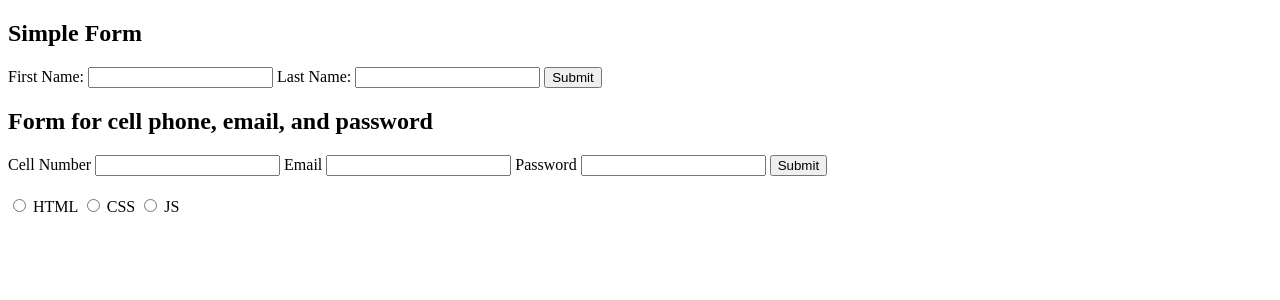
Repository: TheTroyPhillips/Block14
Page: Coursework/Block10/index.html
These files come from the project's save history. The page is drawn as it stood at one moment and after the next save; the edit follows.
The browser window is 1280 px wide. The pictures show the whole page.

Above is the page before, as saved 2023-09-07 19:34:30.

### Coursework/Block10/index.html
<!DOCTYPE html>
<html lang="en">
<head>
    <meta charset="UTF-8">
    <meta name="viewport" content="width=device-width, initial-scale=1.0">
    <title>Document</title>
</head>
<body>
    <article>
        <h2>Simple Form</h2>
        <form>
            <label for="fmane">First Name: </label>
            <input type="text" id="fname" name="fname">
            <label for="lmane">Last Name: </label>
            <input type="text" id="lname" name="lname">
            <input type="submit">

        </form>
    </article>
    <article>
        <h2>Form for cell phone, email, and password</h2>
        <form>
            <label for="">Cell Number</label>
            <input type="number" id="Cell Number" name="Cell Number">
            <label for="email">Email</label>
            <input type="email" id="Email" name="Email">
            <label for="password">Password</label>
            <input type="password" id="Password" name="Password">
            <input type="submit">
        </form>
    </article>
    <article>
        <h2></h2>
        <form>
            <input type="radio" id="" name="fav_language" value="HTML">
            <label for="html">HTML</label>
            <input type="radio" id="" name="fav_language" value="CSS">
            <label for="css">CSS</label>
            <input type="radio" id="" name="fav_language" value="JS">
            <label for="js">JS</label>
        </form>
    </article>
</body>
</html>

After the next save:
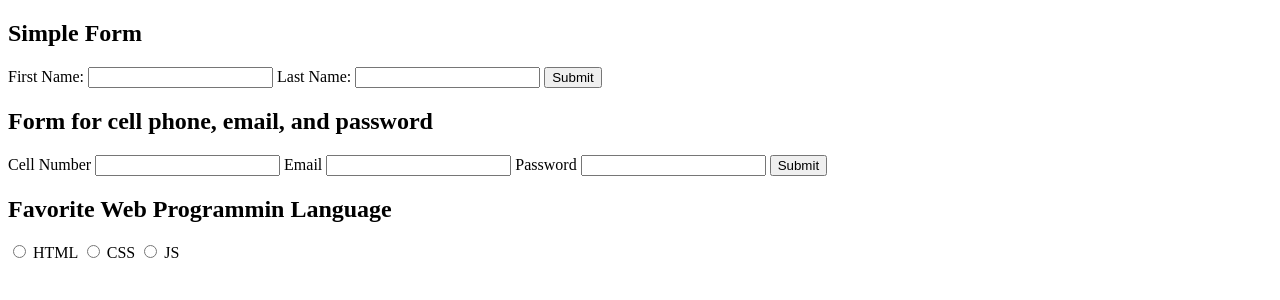
Saved 31 s later.
--- a/Coursework/Block10/index.html
+++ b/Coursework/Block10/index.html
@@ -30,7 +30,7 @@
         </form>
     </article>
     <article>
-        <h2></h2>
+        <h2>Favorite Web Programmin Language</h2>
         <form>
             <input type="radio" id="" name="fav_language" value="HTML">
             <label for="html">HTML</label>
